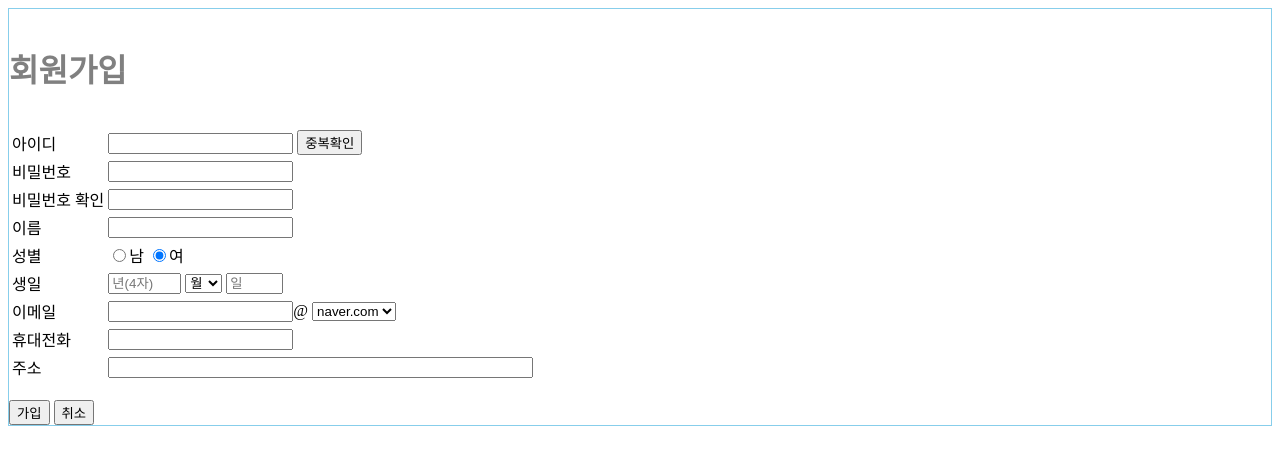
Repository: yoojisoo/YONSAI
Page: http://localhost/teatJava/html/join.jsp
An editor plug-in stored every save of this project. The page is shown before and after the next save, followed by the edit.
The browser window is 1280 px wide. The pictures show the whole page.
The page is served by Tomcat 9.

Above is the page before, as saved 2021-08-20 06:41:17.

After the next save:
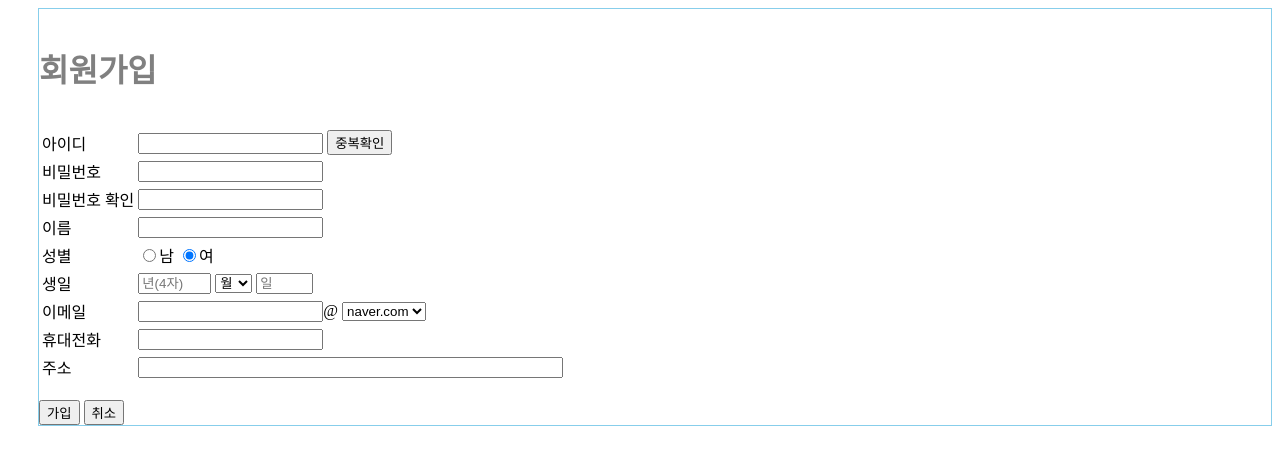
Saved 54 s later.
--- a/jsworkspace/teatJava/src/main/webapp/html/join.jsp
+++ b/jsworkspace/teatJava/src/main/webapp/html/join.jsp
@@ -9,6 +9,7 @@
 <script>
 	$(document).ready(function(){
 	        $("#join").css({
+	        	"margin-left":"30px",
 	        	"border":"1px solid skyblue"
 
 	        })
